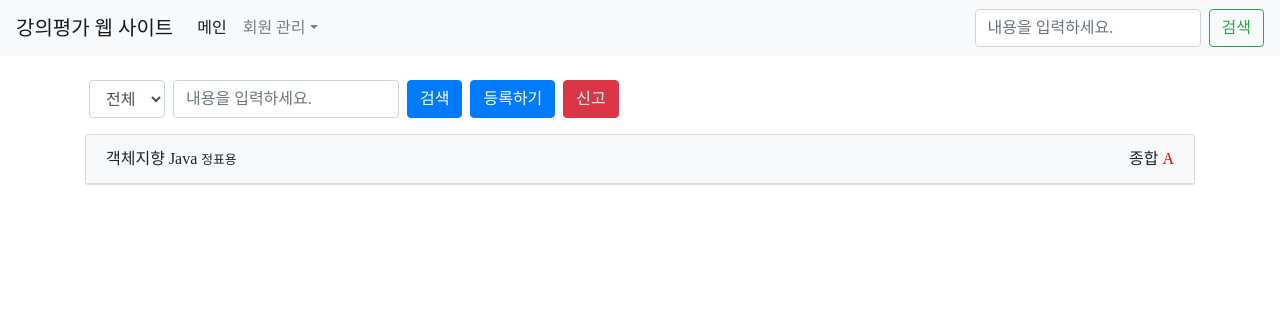
Repository: sur2/JSP-Lecture-Evaluation
Page: http://localhost/Lecture_Evaluation/userJoin.jsp
The author's editor kept a copy of each file at every save. The page is drawn from the files as they stood at one save, then again after the next save.
The browser window is 1280 px wide. The pictures show the whole page.
Some web fonts or font styles are not loaded; a fallback is used. The page is served by Tomcat 9.

Above is the page before, as saved 2020-01-03 09:46:11.

After the next save:
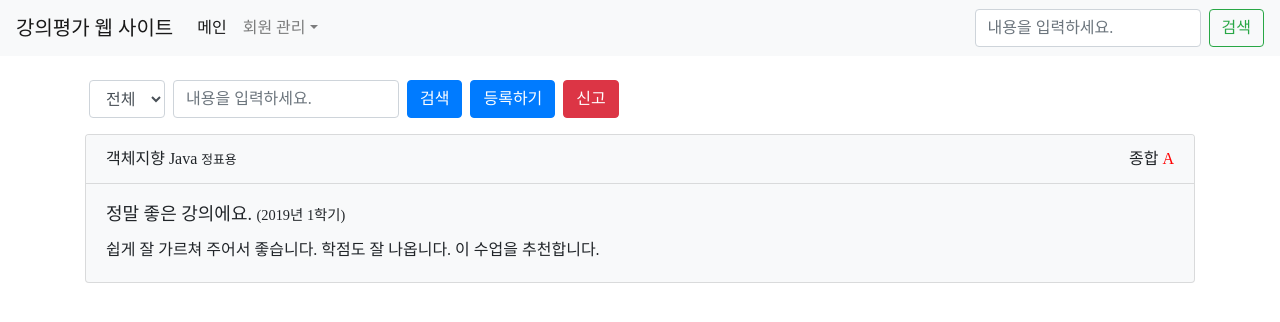
Saved 2 min 57 s later.
--- a/Lecture Evaluation/WebContent/userJoin.jsp
+++ b/Lecture Evaluation/WebContent/userJoin.jsp
@@ -62,6 +62,10 @@
 					</div>
 				</div>
 			</div>
+			<div class="card-body">
+				<h5 class="card-title">정말 좋은 강의에요.&nbsp;<small>(2019년 1학기)</small></h5>
+				<p class="card-text">쉽게 잘 가르쳐 주어서 좋습니다. 학점도 잘 나옵니다. 이 수업을 추천합니다.</p>
+			</div>
 		</div>
 	</section>
 
